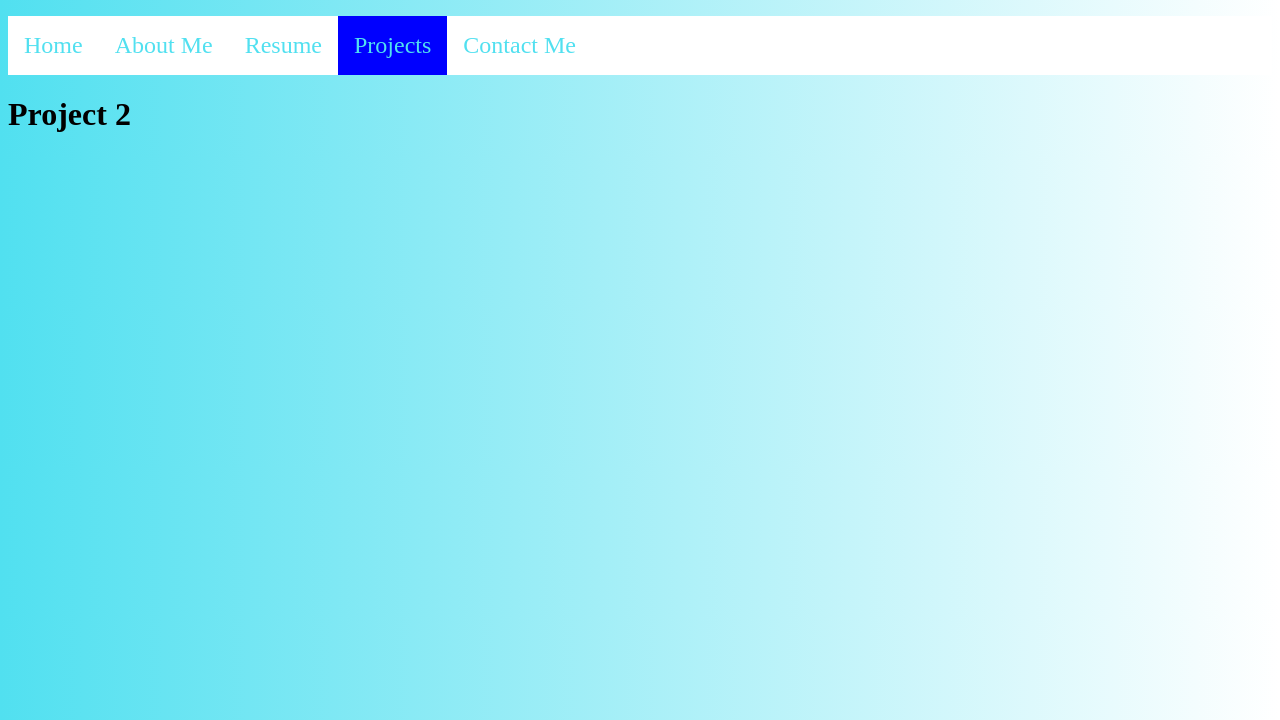
Repository: MasonSingleterry/MasonSingleterry.github.io
Page: project2.html
The author's editor kept a record of every edit. The page is drawn from the files as they stood at one moment, then again after the next edit.
The browser window is 1280 px wide. The pictures show the whole page.
The pointer rests on the first visible `.navbar li`.

Above is the page before.

### project2.html
<!DOCTYPE html>
<html>
    <head>
        <title>Project 2</title>
        <link rel = "stylesheet" type = "text/css" href = "style.css"
    </head>
    <body class = "body">
        <ul class = "navbar">
            <li><a href = "index.html">Home</a></li>
            <li><a href = "aboutme.html">About Me</a></li>
            <li><a href = "resume.html">Resume</a></li>
            <li class = "dropdown">
                <div class = "active">Projects</div>
                <ul class = "dropdown-content">
                    <li><a href = "project1.hmtl">project 1</a></li>
                    <li><a href = "project2.html">project 2</a></li>
                    <li><a href = "project3.html">project 3</a></li>
                </ul>
            </li>
            <li><a href = "contactme.html">Contact Me</a></li>
        </ul>
        <h1>Project 2</h1>
    </body>
</html>

### style.css
            .body {
                background-image: linear-gradient(90deg, #51e0f0,  #FFFFFF);
                color: #00000;
            }

            .navbar {
                list-style: none;
                background-color: #FFFFFF;
                overflow: hidden;
                padding: 0;
            }

            .navbar a, .dropdown div {
                text-decoration: none;
                color: #51e0f0;
                font-size: 24px;
                padding: 16px;
                display: inline-block;
            }

            .navbar li {
                float: left;
            }

            .navbar li:hover {
                background-color: #FFFFFF;
            }

            .dropdown-content {
                list-style: none;
                padding: 0;
                display: none;
                position: absolute;
                Z-index: 1;
            }
            .dropdown-content li {
                background-color: #FFFFFF;
                float: none;
            }

            .dropdown:hover .dropdown-content {
                display: block;
            }

            .active {
                background-color: blue;
            }

After the next edit:
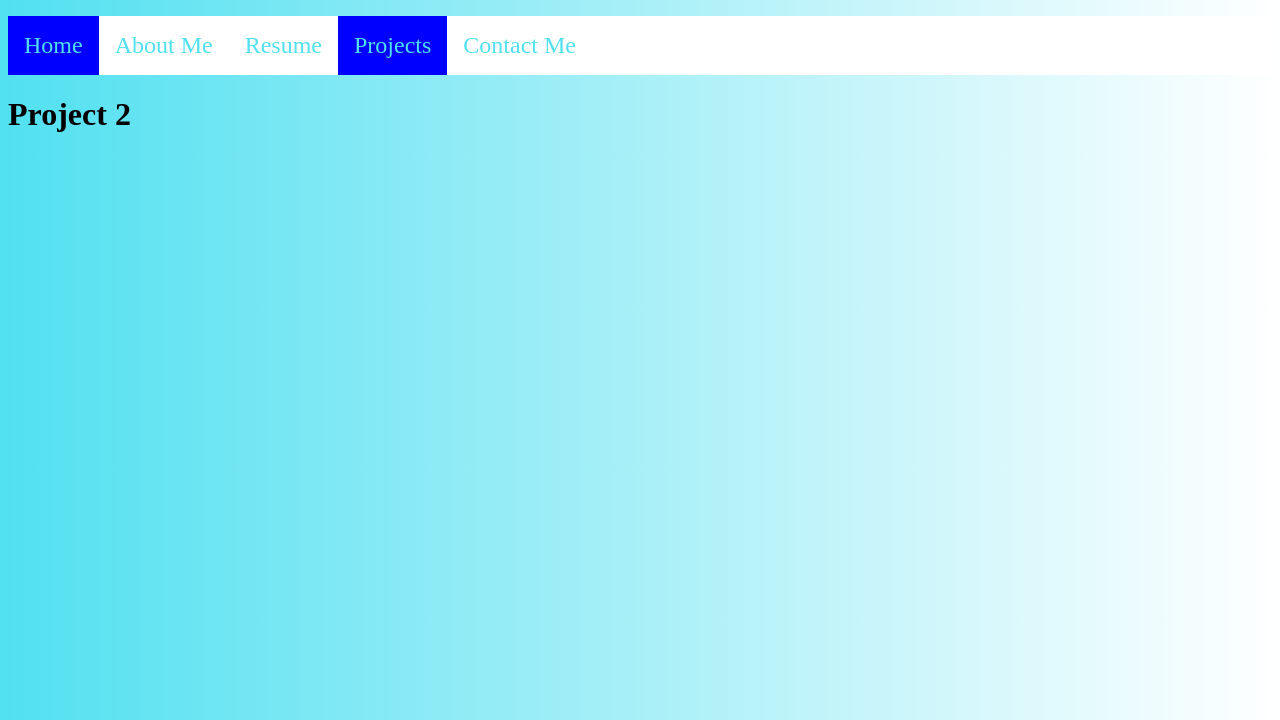
The edit:
--- a/style.css
+++ b/style.css
@@ -23,7 +23,7 @@
             }
 
             .navbar li:hover {
-                background-color: #FFFFFF;
+                background-color: blue;
             }
 
             .dropdown-content {
